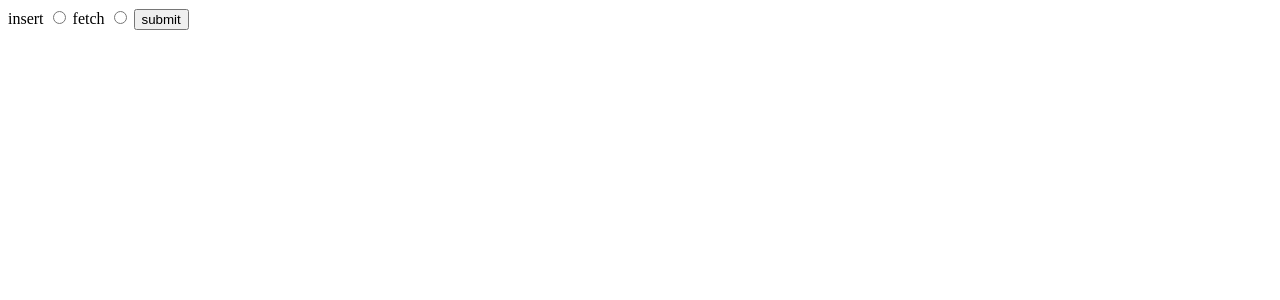
Repository: vish971-rx/Repo796
Page: http://localhost/FirstProject/
An editor plug-in stored every save of this project. The page is shown before and after the next save, followed by the edit.
The browser window is 1280 px wide. The pictures show the whole page.
The page is served by Tomcat 9. Other server files are loaded and not shown.

Above is the page before, as saved 2019-11-06 13:20:48.

### Hibernate/FirstProject/src/main/webapp/index.jsp
<html>
<body>

<!--
<form method="post"  action="CustomerServlet">

Name: <input type="text" name="name">
City: <input type="text" name="cname">

<input type="submit" value="submit">
</form>

<form method="post" action="CustomerServlet">
Entyer CUSid: <input type="text" name="uid" >
<input type="submit" value="submit">
</form>

-->

<form method="post"  action="CustomerServlet">
 insert   <input type="radio" name="c1" value="insert">
 fetch    <input type="radio" name="c1" value="fetch" >
<input type="submit" value="submit">
</form>

</body>
</html>

After the next save:
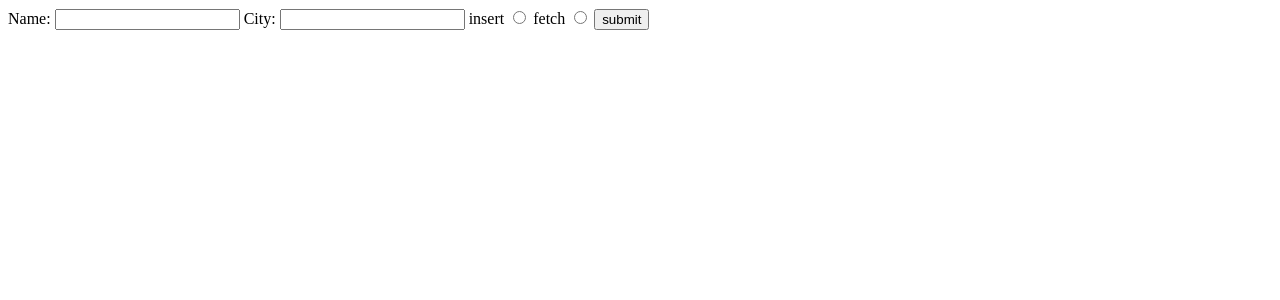
Saved 64 s later.
--- a/Hibernate/FirstProject/src/main/webapp/index.jsp
+++ b/Hibernate/FirstProject/src/main/webapp/index.jsp
@@ -18,6 +18,8 @@ Entyer CUSid: <input type="text" name="uid" >
 -->
 
 <form method="post"  action="CustomerServlet">
+Name: <input type="text" name="name">
+City: <input type="text" name="cname">
  insert   <input type="radio" name="c1" value="insert">
  fetch    <input type="radio" name="c1" value="fetch" >
 <input type="submit" value="submit">
